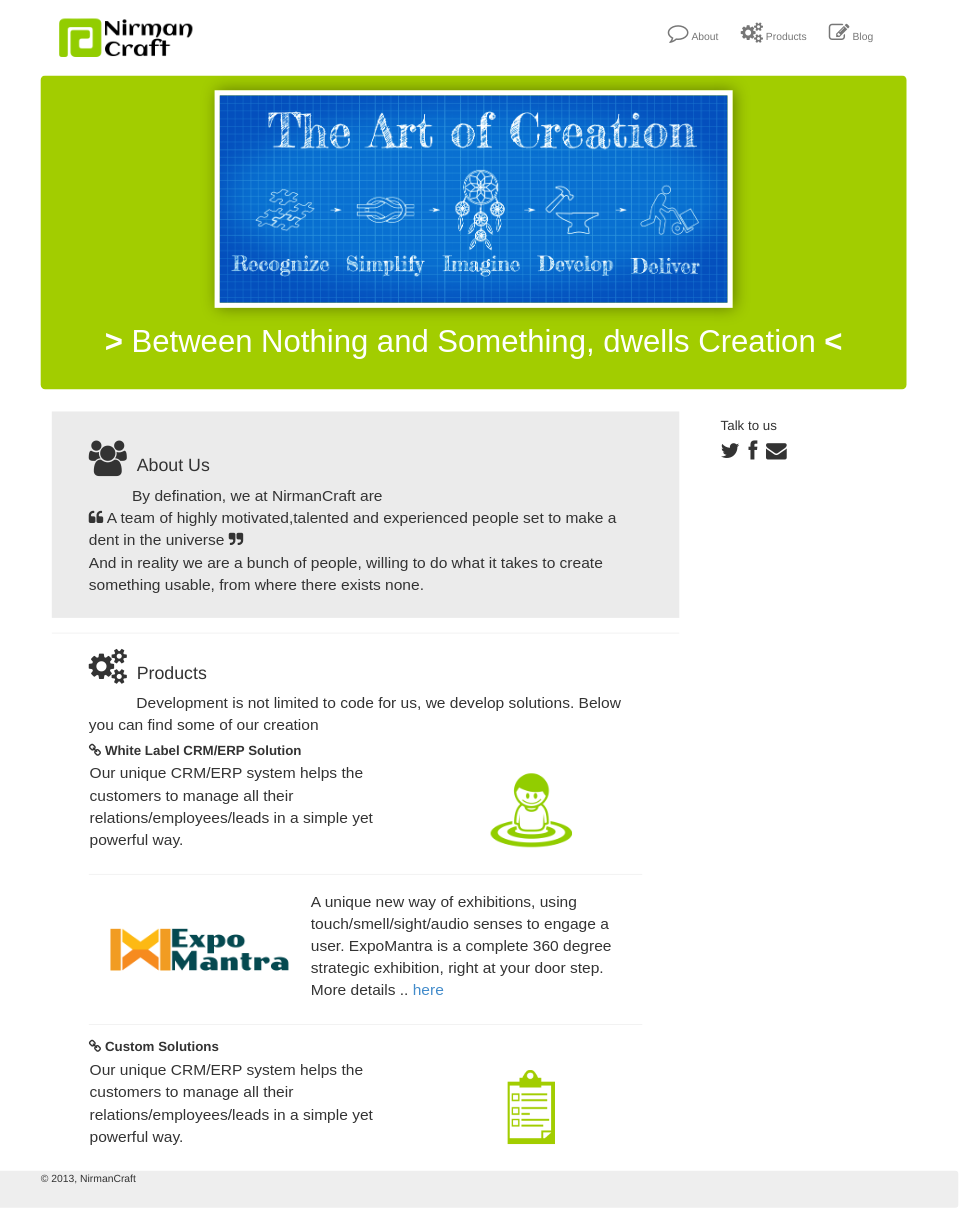
Repository: MeShreyas/NirmanCraftWebsite
Page: NirmanCraft/index.html
The author's editor kept a copy of each file at every save. The page is drawn from the files as they stood at one save, then again after the next save.
The browser window is 1280 px wide. The page is 1310 px wide, so the pictures cover 1310 px, including what lies to the right of the window. The pictures show the whole page, at 74% of full size.
Some web fonts or font styles are not loaded; a fallback is used.

Above is the page before, as saved 2013-10-08 09:04:12.
Console error: ReferenceError: jQuery is not defined

After the next save:
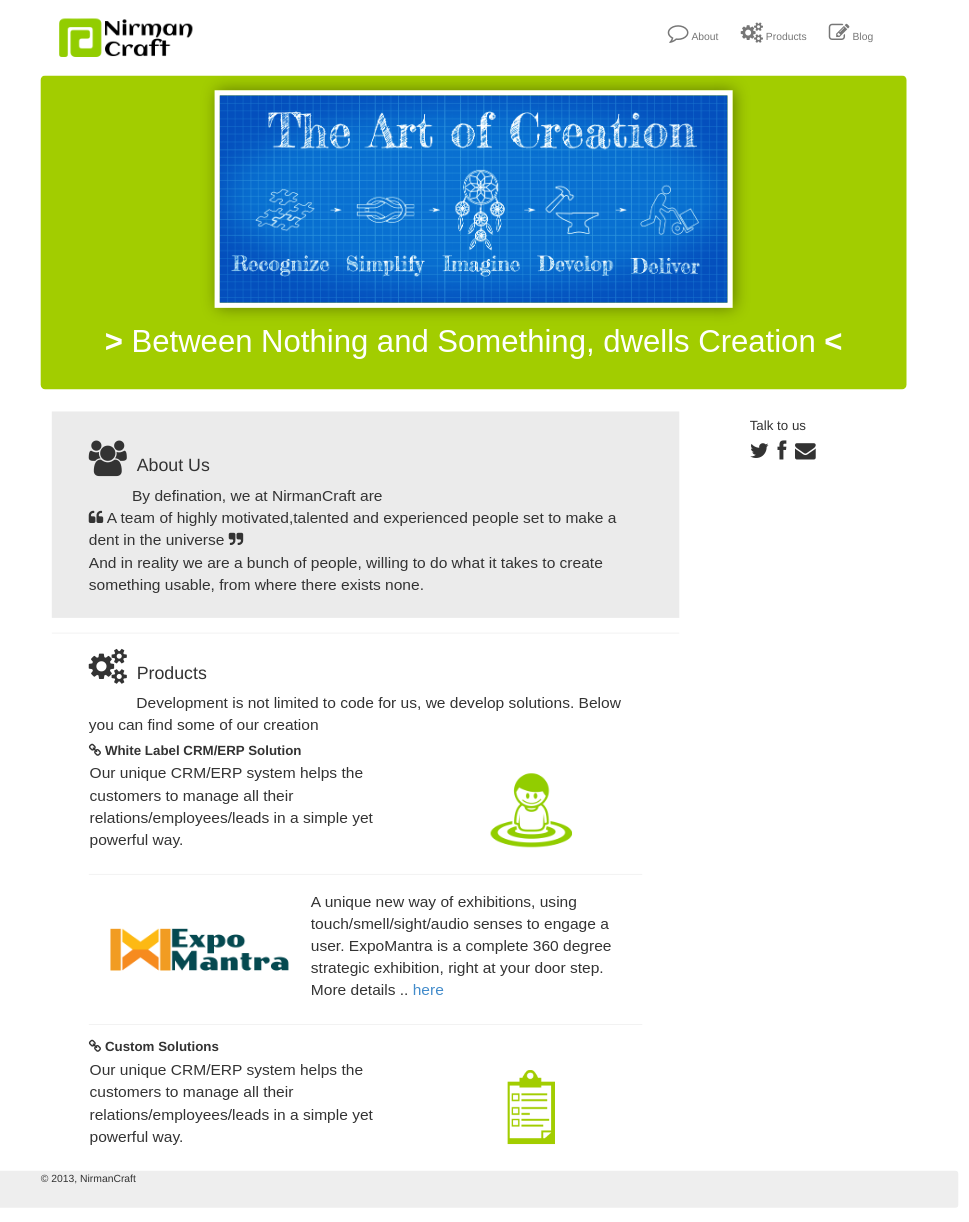
Saved 6 s later.
--- a/NirmanCraft/index.html
+++ b/NirmanCraft/index.html
@@ -167,7 +167,7 @@
 					<div class="sidebar col-lg-3">
 							<div>
 
-								<div style="width:80%;margin:0 auto;">
+								<div style="width:50%;margin:0 auto;">
 									<h4 class="list-group-item-header">
 										Talk to us
 									</h4>
